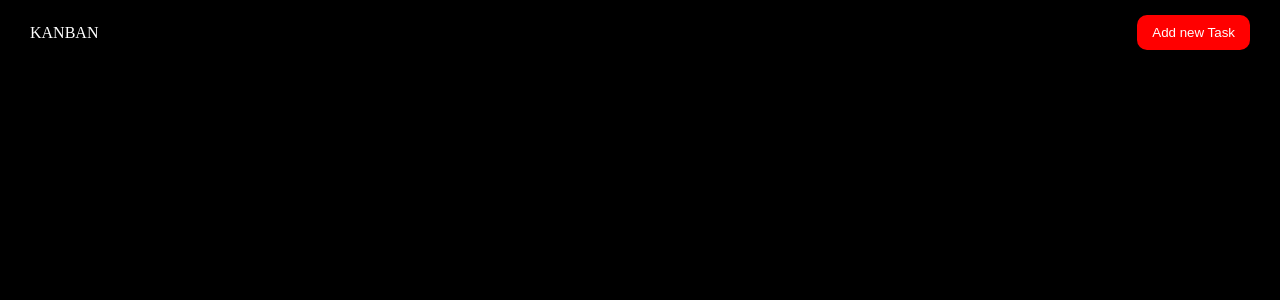
Repository: Sandeepji-5/Kanban-board
Page: index.html
These files come from the project's save history. The page is drawn as it stood at one moment and after the next save; the edit follows.
The browser window is 1280 px wide. The pictures show the whole page.

Above is the page before, as saved 2025-12-08 17:54:06.

After the next save:
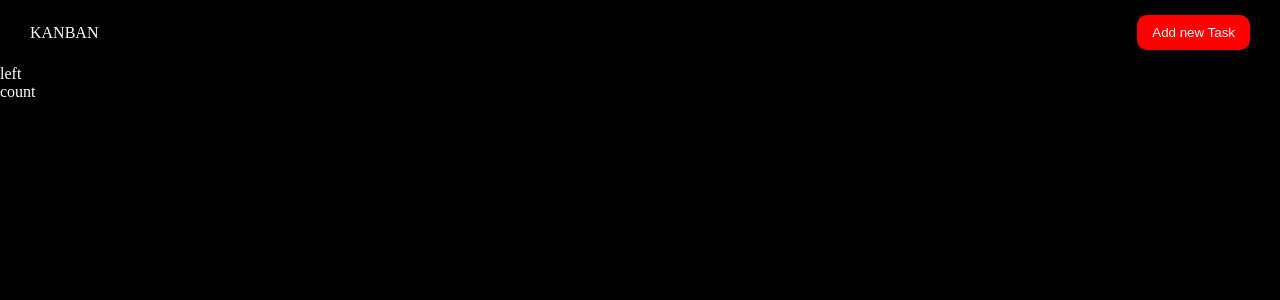
Saved 38 s later.
--- a/index.html
+++ b/index.html
@@ -15,7 +15,8 @@
         <section class="board">
             <div class="time-column">
                 <div class="hweading">
-
+                    <div class="left">left</div>
+                    <div class="right">count</div>
                 </div>
             </div>
             <div class="time-column"></div>
